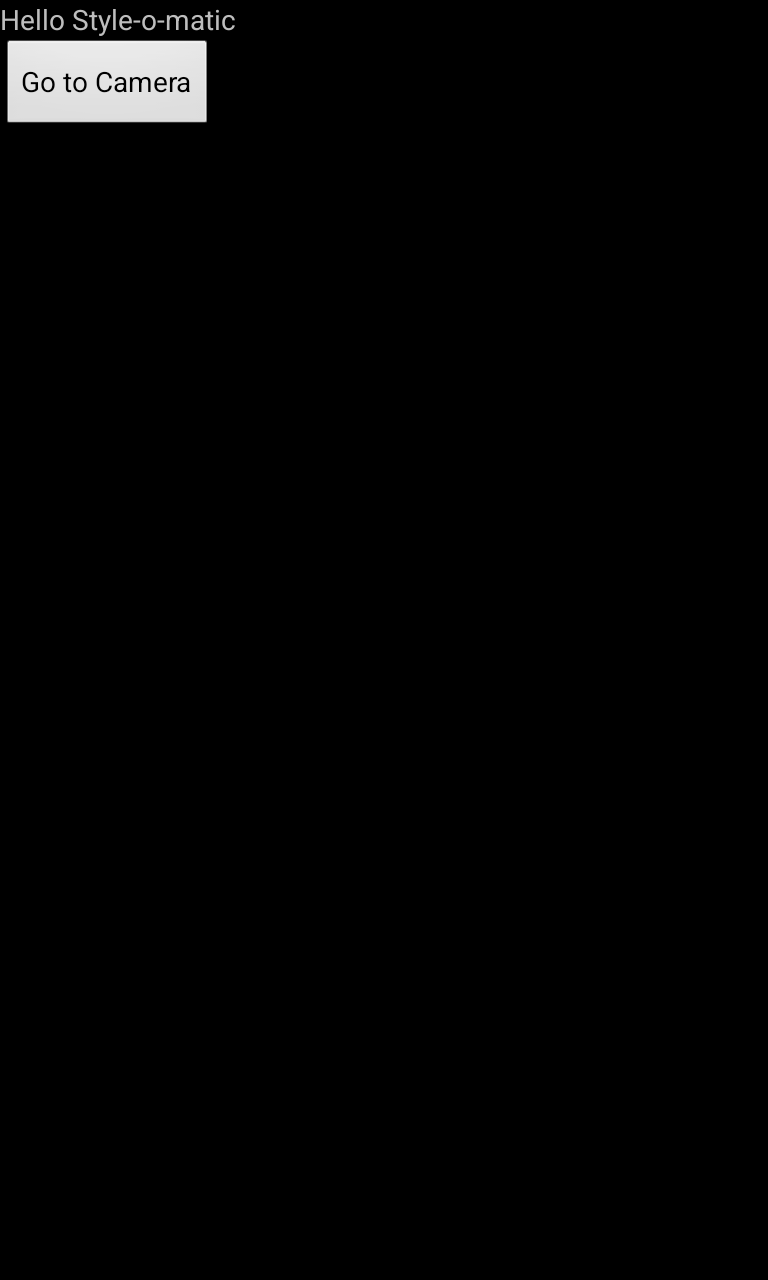
Repository: cprerovsky/style-o-matic
Layout: style-o-matic/res/layout/main.xml
An editor plug-in stored every save of this project. The layout is shown before and after the next save, followed by the edit.
It is drawn on a 768 x 1280 px phone screen (xhdpi) without system bars, with theme android:Theme; the app's code is not run. Lists and similar views that code fills are empty.

Above is the layout before, as saved 2012-04-18 16:36:10.

### style-o-matic/res/layout/main.xml
<?xml version="1.0" encoding="utf-8"?>
<LinearLayout xmlns:android="http://schemas.android.com/apk/res/android"
    android:layout_width="fill_parent"
    android:layout_height="fill_parent"
    android:orientation="vertical" >


    <ViewFlipper
	    android:id="@+id/flipper"
	    android:layout_width="fill_parent"
	    android:layout_height="fill_parent"
	    >

        	    <LinearLayout xmlns:android="http://schemas.android.com/apk/res/android"
				    android:layout_width="fill_parent"
				    android:layout_height="fill_parent"
				    android:orientation="vertical" >

			            <TextView
					        android:layout_width="fill_parent"
					        android:layout_height="wrap_content"
					        android:text="@string/hello" />

			    		<Button
					        android:id="@+id/button1"
					        android:layout_width="wrap_content"
					        android:layout_height="wrap_content"
					        android:text="Go to Camera" />
        </LinearLayout>

	    <LinearLayout xmlns:android="http://schemas.android.com/apk/res/android"
	    android:layout_width="fill_parent"
	    android:layout_height="fill_parent"
	    android:orientation="vertical" >
	    	<Button
	    	    android:id="@+id/selectPic"
		        android:layout_width="wrap_content"
		        android:layout_height="wrap_content"
		        android:text="@string/selectPic"/>
			<Gallery
			    xmlns:android="http://schemas.android.com/apk/res/android"
			    android:id="@+id/galleryTops"
			    android:layout_width="fill_parent"
			    android:layout_height="wrap_content"
		    />
			<Gallery
			    xmlns:android="http://schemas.android.com/apk/res/android"
			    android:id="@+id/galleryBottoms"
			    android:layout_width="fill_parent"
			    android:layout_height="wrap_content"
		    />
		</LinearLayout>

		<LinearLayout xmlns:android="http://schemas.android.com/apk/res/android"
	    android:layout_width="fill_parent"
	    android:layout_height="fill_parent"
	    android:orientation="vertical" >
		    	<TextView
		        android:layout_width="fill_parent"
		        android:layout_height="wrap_content"
		        android:text="@string/gallery_top" />
		    	<GridView xmlns:android="http://schemas.android.com/apk/res/android"
				    android:id="@+id/gridviewTops"
				    android:layout_width="fill_parent"
				    android:layout_height="fill_parent"
				    android:columnWidth="90dp"
				    android:numColumns="auto_fit"
				    android:verticalSpacing="5dp"
				    android:horizontalSpacing="5dp"
				    android:stretchMode="columnWidth"
				    android:gravity="center"
				/>
		</LinearLayout>

		<LinearLayout xmlns:android="http://schemas.android.com/apk/res/android"
	    android:layout_width="fill_parent"
	    android:layout_height="fill_parent"
	    android:orientation="vertical" >
			<TextView
        android:layout_width="fill_parent"
        android:layout_height="wrap_content"
        android:text="@string/hello" />
			<Gallery
			    xmlns:android="http://schemas.android.com/apk/res/android"
			    android:id="@+id/galleryShoes"
			    android:layout_width="fill_parent"
			    android:layout_height="wrap_content"
		    />
			<Gallery
			    xmlns:android="http://schemas.android.com/apk/res/android"
			    android:id="@+id/galleryAccessories"
			    android:layout_width="fill_parent"
			    android:layout_height="wrap_content"
		    />
		</LinearLayout>
	</ViewFlipper>

</LinearLayout>

### style-o-matic/res/values/strings.xml
<?xml version="1.0" encoding="utf-8"?>
<resources>

    <string name="hello">Hello Style-o-matic</string>
    <string name="app_name">Style-o-matic</string>
    <string name="accessories">Accessories</string>
    <string name="tops">Tops</string>
    <string name="bottoms">Bottoms</string>
    <string name="shoes">Shoes</string>
    <string name="gallery_top">Tops</string>
	<string name="galleryBottoms">Bottoms</string>
	<string name="galleryAccessories">Accessories</string>
	<string name="galleryShoes">Shoes</string>
	<string name="selectPic">Select Picture</string>

</resources>

After the next save:
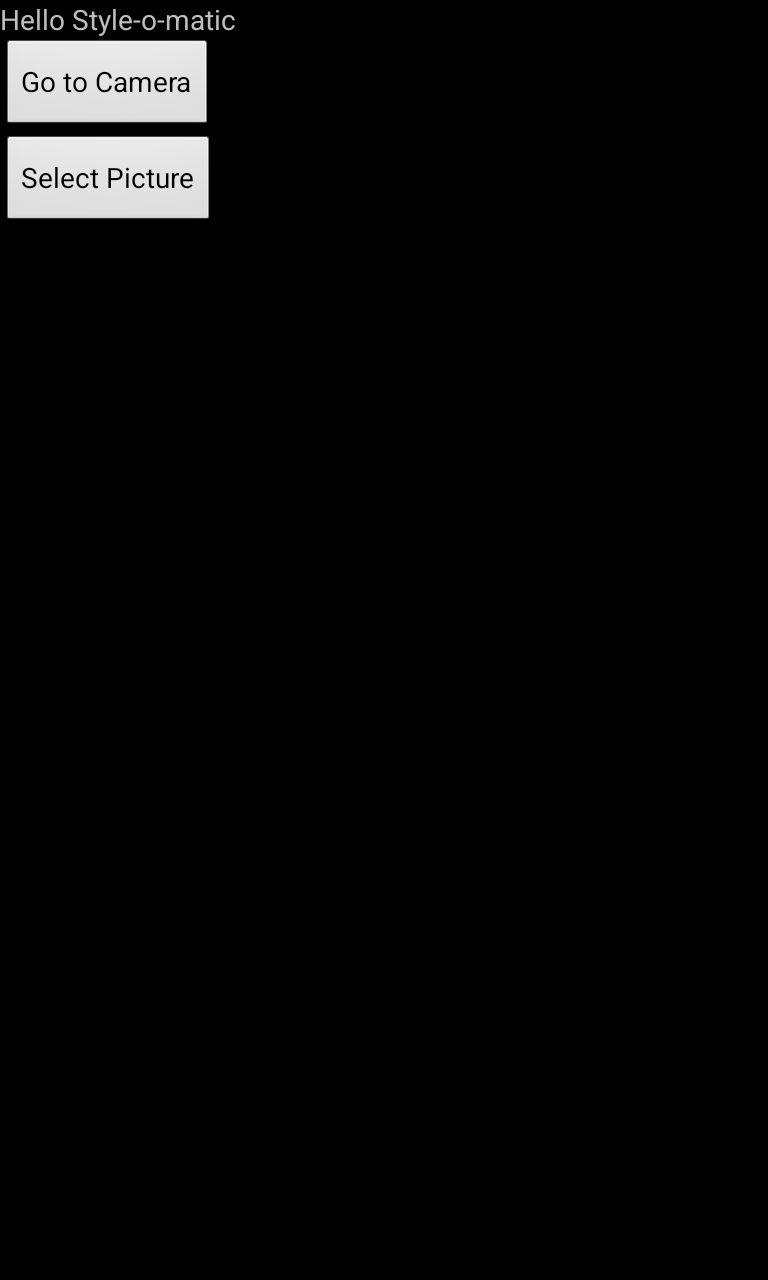
Saved 7 min 52 s later.
--- a/style-o-matic/res/layout/main.xml
+++ b/style-o-matic/res/layout/main.xml
@@ -11,27 +11,22 @@
 	    android:layout_height="fill_parent"
 	    >
 
-        	    <LinearLayout xmlns:android="http://schemas.android.com/apk/res/android"
-				    android:layout_width="fill_parent"
-				    android:layout_height="fill_parent"
-				    android:orientation="vertical" >
-
-			            <TextView
-					        android:layout_width="fill_parent"
-					        android:layout_height="wrap_content"
-					        android:text="@string/hello" />
-
-			    		<Button
-					        android:id="@+id/button1"
-					        android:layout_width="wrap_content"
-					        android:layout_height="wrap_content"
-					        android:text="Go to Camera" />
-        </LinearLayout>
-
-	    <LinearLayout xmlns:android="http://schemas.android.com/apk/res/android"
+     	    <LinearLayout xmlns:android="http://schemas.android.com/apk/res/android"
 	    android:layout_width="fill_parent"
 	    android:layout_height="fill_parent"
 	    android:orientation="vertical" >
+
+            <TextView
+		        android:layout_width="fill_parent"
+		        android:layout_height="wrap_content"
+		        android:text="@string/hello" />
+
+    		<Button
+		        android:id="@+id/button1"
+		        android:layout_width="wrap_content"
+		        android:layout_height="wrap_content"
+		        android:text="Go to Camera" />
+
 	    	<Button
 	    	    android:id="@+id/selectPic"
 		        android:layout_width="wrap_content"
